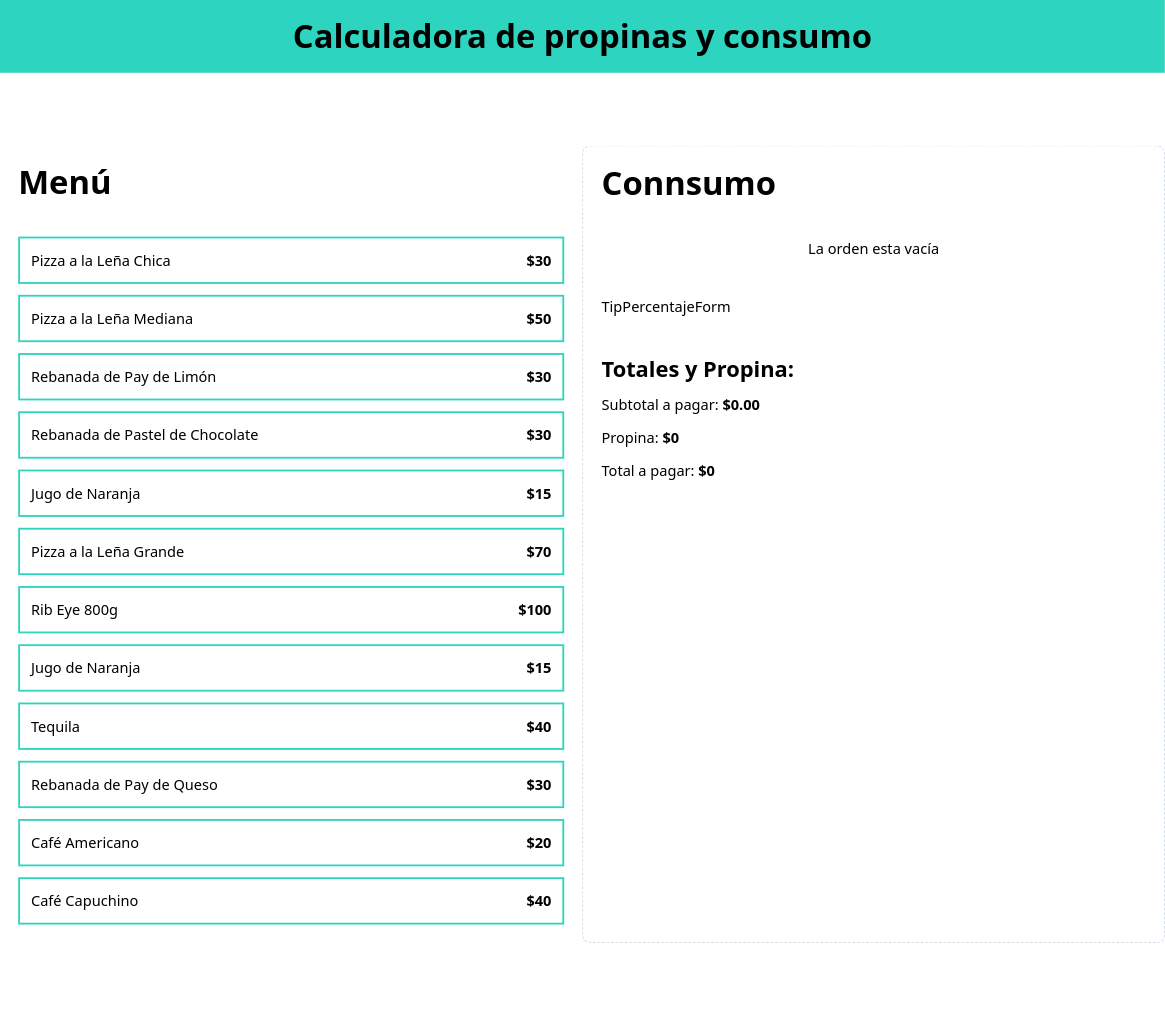
Repository: Samuel-Leal96/calculador_propinas
Page: /
An editor plug-in stored every save of this project. The page is shown before and after the next save, followed by the edit.
The browser window is 1280 px wide. The pictures show the whole page, at 91% of full size.
The project was rebuilt for these pictures with package versions that can differ from the ones it lists, and the page was loaded fresh each time. Also part of the build but not shown: vite.config.ts.

Above is the page before, as saved 2025-10-22 10:39:43.

After the next save:
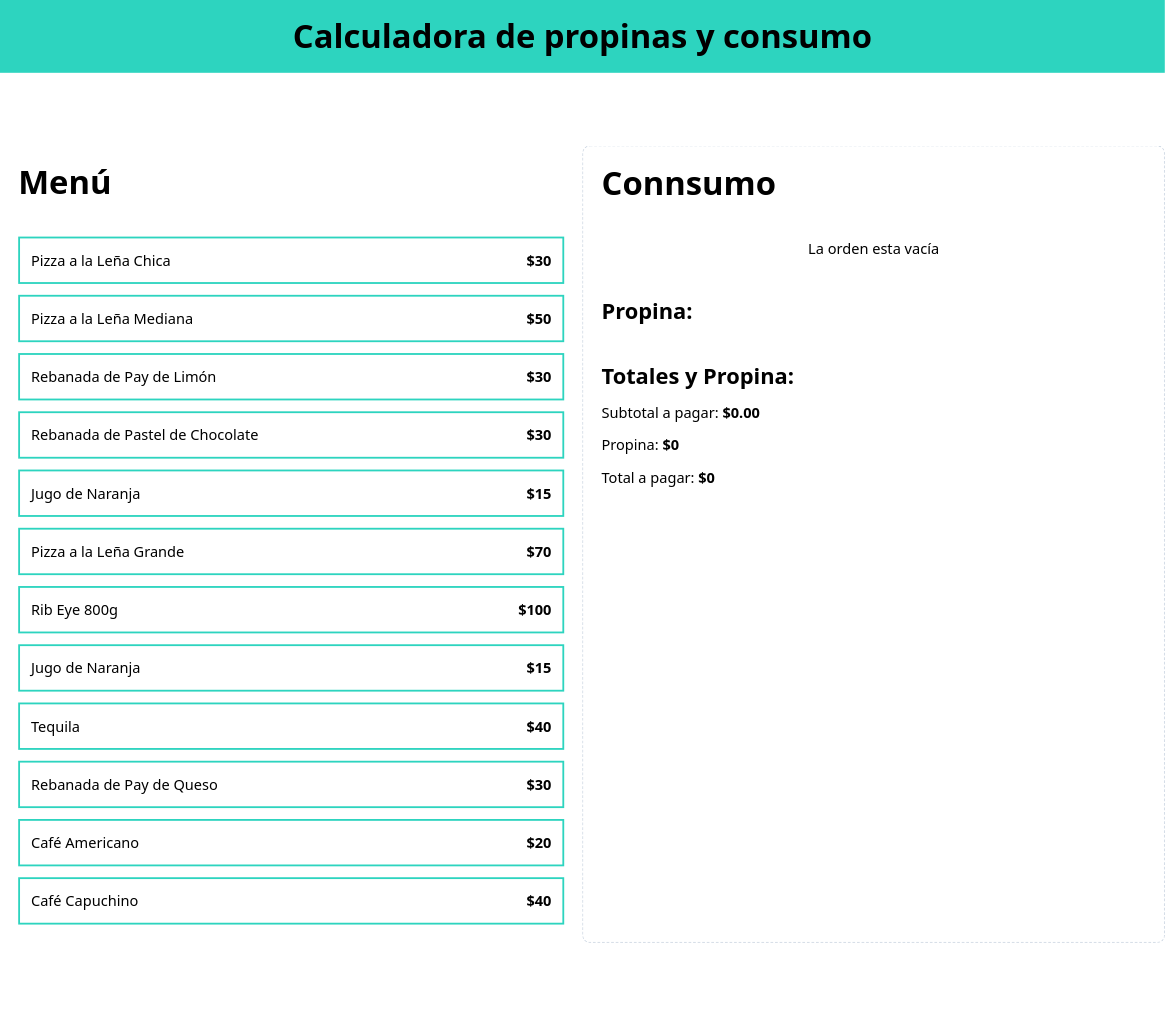
Saved 1 s later.
--- a/src/components/TipPercentajeForm.tsx
+++ b/src/components/TipPercentajeForm.tsx
@@ -2,6 +2,13 @@
 
 export const TipPercentajeForm = () => {
   return (
-    <div>TipPercentajeForm</div>
+    <div>
+        <h3 className="font-black text-2xl">Propina:</h3>
+
+        <form >
+
+        </form>
+
+    </div>
   )
 }
